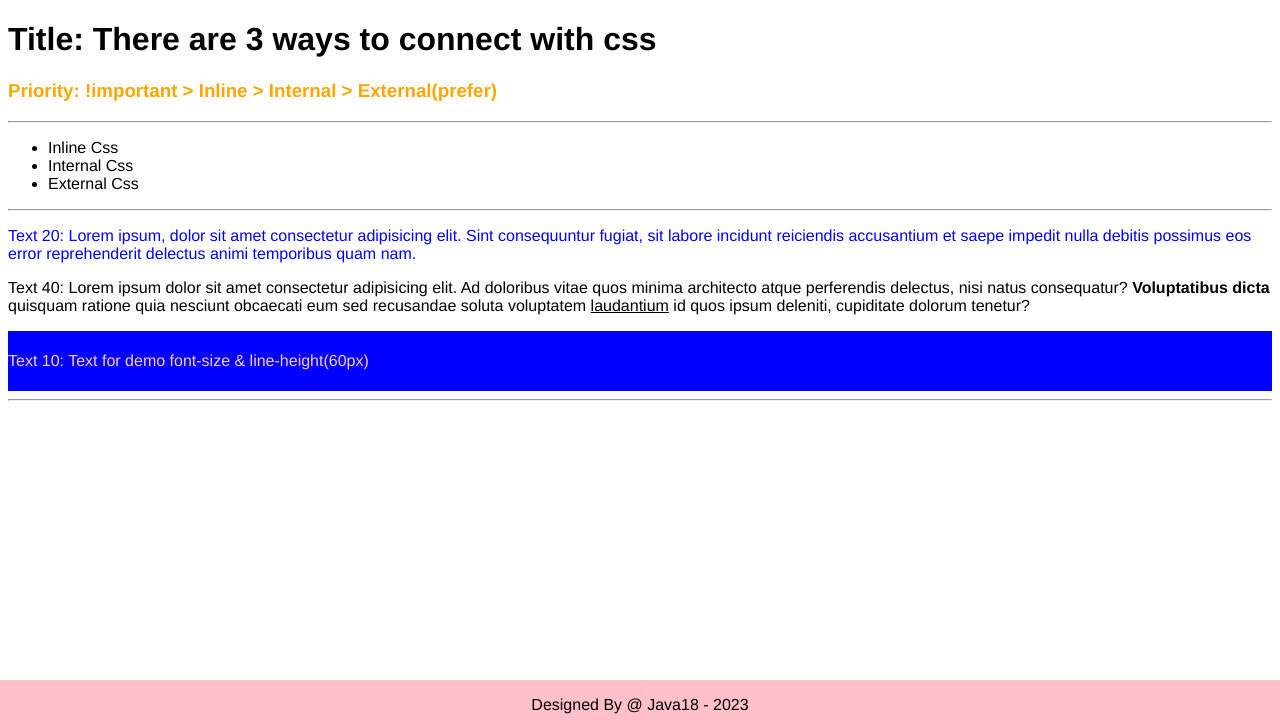
Repository: j4tdn/java18-repository
Page: 2. CSS3/ex03-base-content-basic-properties.html
An editor plug-in stored every save of this project. The page is shown before and after the next save, followed by the edit.
The browser window is 1280 px wide. The pictures show the whole page.

Above is the page before, as saved 2023-10-21 18:38:40.

### 2. CSS3/ex03-base-content-basic-properties.html
<!DOCTYPE html>
<html lang="en">
  <head>
    <meta charset="UTF-8" />
    <meta name="viewport" content="width=device-width, initial-scale=1.0" />
    <title>Ex03 - Base Content For Demo Basic CSS Properties</title>
    <link rel="stylesheet" href="css/style-base.css" />
    <link rel="stylesheet" href="css/utils.css" />
  </head>
  <body>
    <!-- html comments -->
    <div id="page-header">
      <h1>Title: There are 3 ways to connect with css</h1>
      <h3 class="text-orange">
        Priority: !important > Inline > Internal > External(prefer)
      </h3>
    </div>

    <hr />

    <div id="page-main">
      <ul>
        <li>Inline Css</li>
        <li>Internal Css</li>
        <li>External Css</li>
      </ul>
      <hr />
      <p class="text-blue">
        Text 20: Lorem ipsum, dolor sit amet consectetur adipisicing elit. Sint
        consequuntur fugiat, sit labore incidunt reiciendis accusantium et saepe
        impedit nulla debitis possimus eos error reprehenderit delectus animi
        temporibus quam nam.
      </p>
      <p>
        Text 40: Lorem ipsum dolor sit amet consectetur adipisicing elit. Ad
        doloribus vitae quos minima architecto atque perferendis delectus, nisi
        natus consequatur?
        <span class="text-bold">Voluptatibus dicta</span> quisquam ratione quia
        nesciunt obcaecati eum sed recusandae soluta voluptatem
        <span class="text-underline">laudantium</span> id quos ipsum deleniti,
        cupiditate dolorum tenetur?
      </p>
      <div class="parent-text10lh">
        <p class="text10lh">
          Text 10: Text for demo font-size & line-height(60px)
        </p>
      </div>
    </div>
    <hr />

    <div id="page-footer">
      <p class="text-align-center">Designed By @ Java18 - 2023</p>
    </div>
  </body>
</html>

### 2. CSS3/css/style-base.css
/*  */
* {
  font-family: corbel, helvetica, sans-serif;
}
li {
  /* list-style-type: none; */
  list-style-image: ;
}
/* EX02: CSS SELECTOR CLASS ID */
/* Chỉ có thẻ p với class là text20 mới ăn */
/* p[class="text20"] {
  color: blue;
} */
/* p.text20 {
  color: blue;
} */
/* Tất cả tag với class là text20 */
/* .text20 {
  color: blue;
} */

#page-footer {
  position: absolute;
  bottom: 0;
  left: 0;
  width: 100%;
  height: 40px;
  background-color: pink;
}

/* EX03: BASE CONTENT BASIC DEMO */
.parent-text10lh {
  height: 60px;
  background-color: blue;
}
.text10lh {
  line-height: 60px;
  color: #fcccba;
}

### 2. CSS3/css/utils.css
.text-green {
  color: green;
}
.text-blue {
  color: blue;
}
.text-orange {
  color: orange;
}
.text-bold {
  font-weight: bold;
}
.text-underline {
  text-decoration: underline;
}
.text-line-through {
  text-decoration: line-through;
}
.text-overline {
  text-decoration: overline;
}
.text-decor-none {
  text-decoration: none;
}
.text-align-left {
  text-align: left;
}
.text-align-center {
  text-align: center;
}
.text-align-right {
  text-align: right;
}

After the next save:
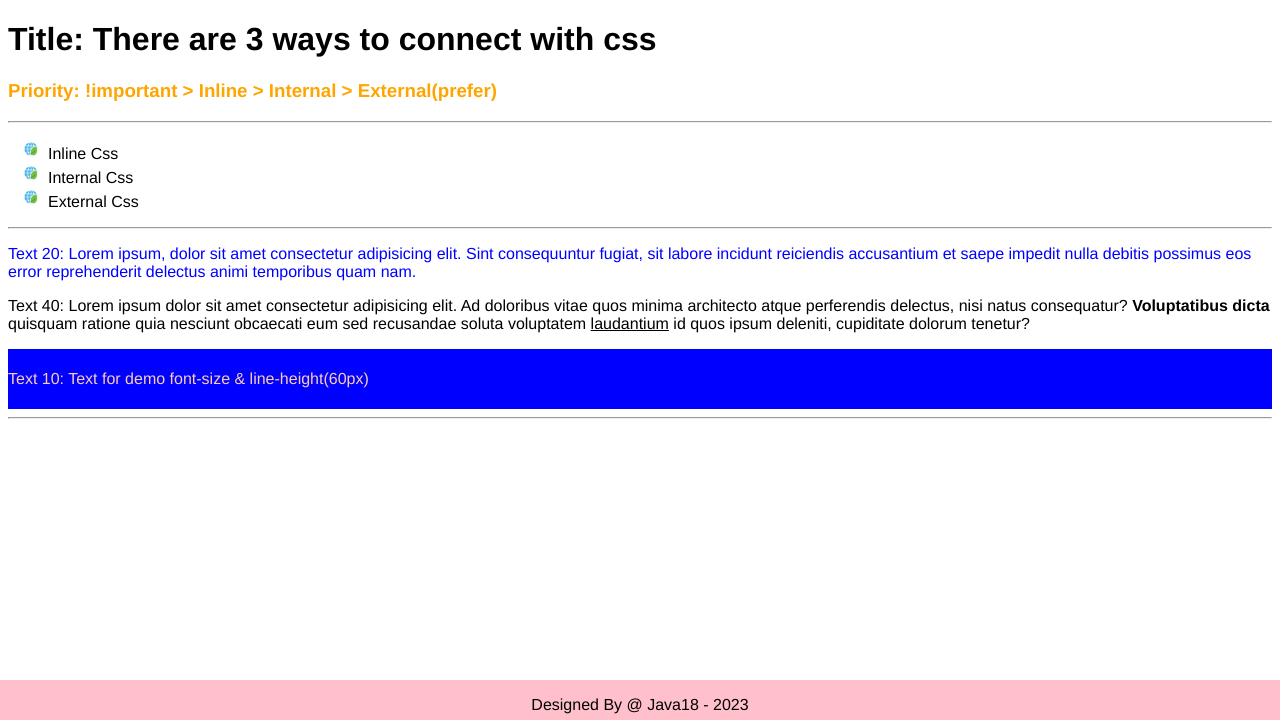
Saved 40 s later.
--- a/2. CSS3/css/style-base.css
+++ b/2. CSS3/css/style-base.css
@@ -4,7 +4,7 @@
 }
 li {
   /* list-style-type: none; */
-  list-style-image: ;
+  list-style-image: url("../images/world.png");
 }
 /* EX02: CSS SELECTOR CLASS ID */
 /* Chỉ có thẻ p với class là text20 mới ăn */
